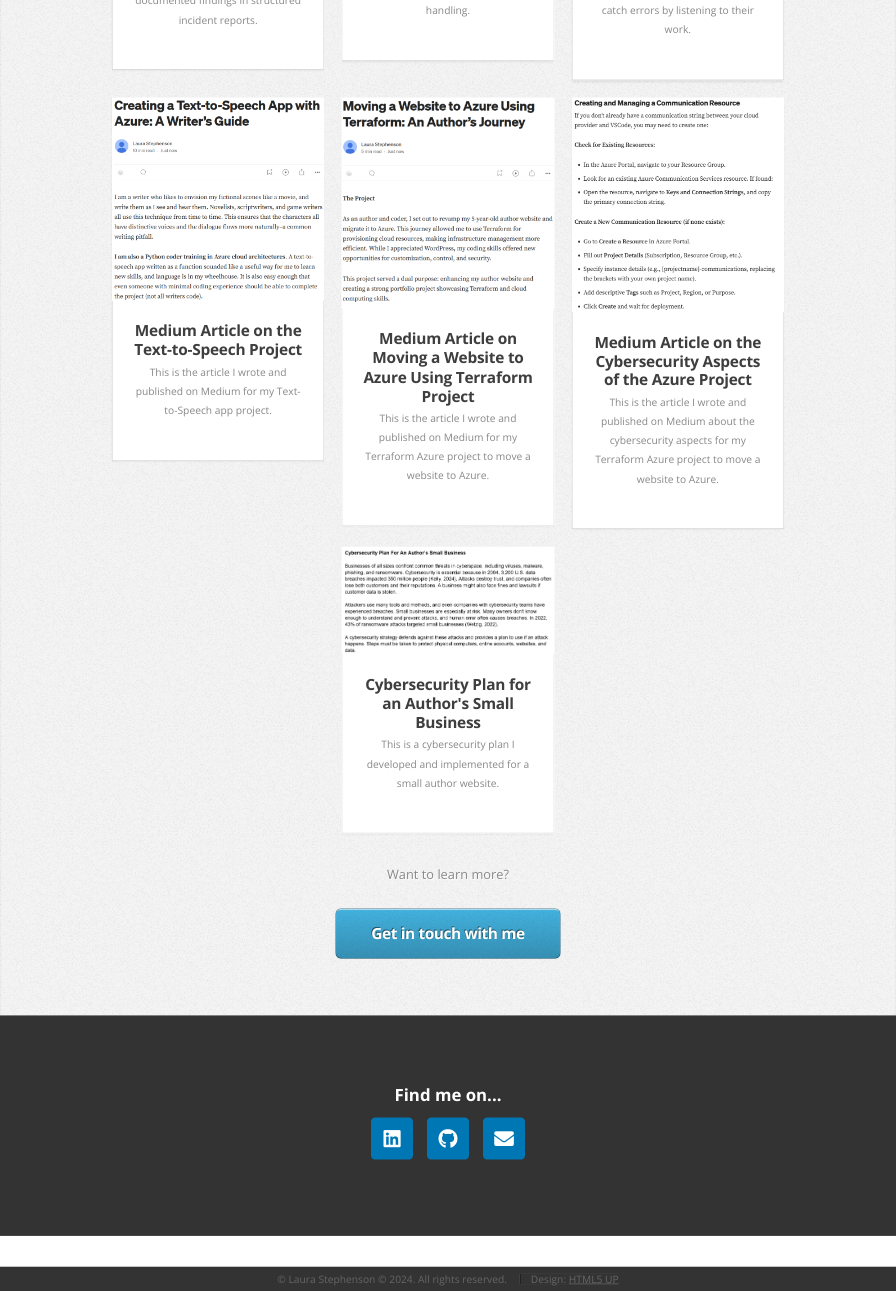
Repository: lauralstephenson/Portfolio_Personal
Page: index.html
The author's editor kept a copy of each file at every save. The page is drawn from the files as they stood at one save, then again after the next save.
The browser window is 1280 px wide. The pictures show the part of the page from y = 3672 to 5592 px (the page is 5516 px tall before and 5592 px after), at 70% of full size.

Above is the page before, as saved 2026-07-20 12:39:48.

After the next save:
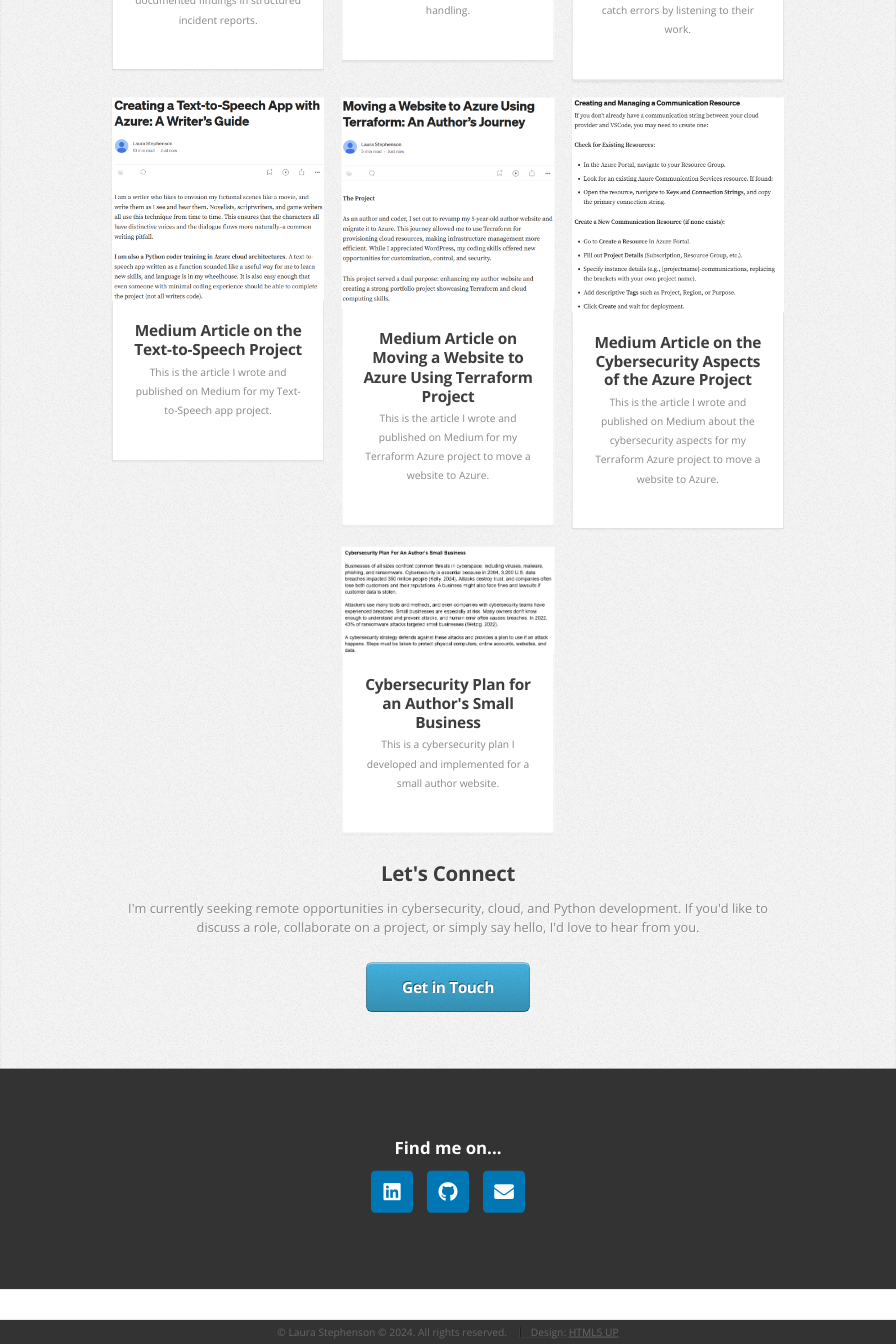
Saved 44 s later.
--- a/index.html
+++ b/index.html
@@ -255,9 +255,19 @@
 						</div>
 					</div>
 					<footer id="contact">
-						<p>Want to learn more?</p>
-						<a href="mailto:laurastephensoncareer@gmail.com" class="button large">Get in touch with me</a>
-					</footer>
+    <h2>Let's Connect</h2>
+
+    <p>
+        I'm currently seeking remote opportunities in cybersecurity,
+        cloud, and Python development. If you'd like to discuss a role,
+        collaborate on a project, or simply say hello, I'd love to hear
+        from you.
+    </p>
+
+    <a href="mailto:laurastephensoncareer@gmail.com" class="button large">
+        Get in Touch
+    </a>
+</footer>
 				</div>
 			</article>
 
